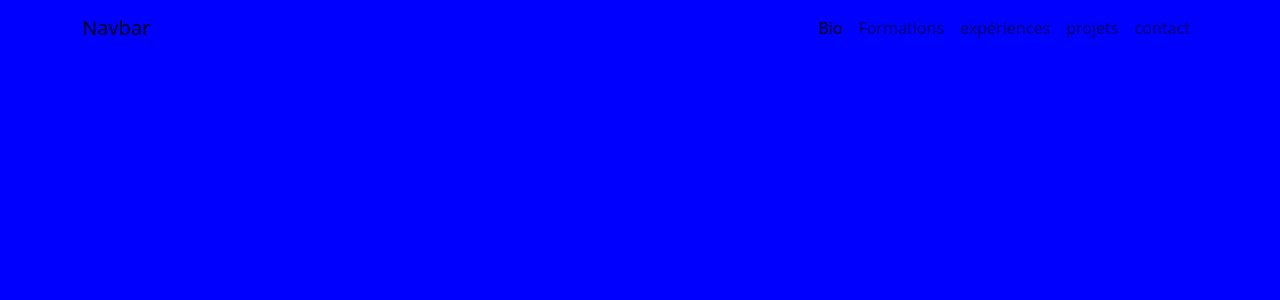
Repository: ypiard85/port-folio-bootstrap-yoann-2021
Page: index.html
These files come from the project's save history. The page is drawn as it stood at one moment and after the next save; the edit follows.
The browser window is 1280 px wide. The pictures show the whole page.

Above is the page before, as saved 2021-03-09 12:09:24.

### index.html
<!DOCTYPE html>
<html lang="en">
<head>
    <meta charset="UTF-8">
    <meta http-equiv="X-UA-Compatible" content="IE=edge">
    <meta name="viewport" content="width=device-width, initial-scale=1.0">
    <!-- CSS only -->
    <link rel="stylesheet" href="./resource/style.css">
<link href="https://cdn.jsdelivr.net/npm/bootstrap@5.0.0-beta2/dist/css/bootstrap.min.css" rel="stylesheet" integrity="sha384-BmbxuPwQa2lc/FVzBcNJ7UAyJxM6wuqIj61tLrc4wSX0szH/Ev+nYRRuWlolflfl" crossorigin="anonymous">
    <title>Document</title>
</head>
<body>

        <nav class="navbar position-fixed w-100 navbar-expand-lg navbar-light">
            <div class="container">
              <a class="navbar-brand" href="#">Navbar</a>
              <button class="navbar-toggler" type="button" data-bs-toggle="collapse" data-bs-target="#navbarNav" aria-controls="navbarNav" aria-expanded="false" aria-label="Toggle navigation">
                <span class="navbar-toggler-icon"></span>
              </button>
              <div class="collapse navbar-collapse" id="navbarNav">
                <ul class="navbar-nav">
                  <li class="nav-item">
                    <a class="nav-link active" aria-current="page" href="#bio">Bio</a>
                  </li>
                  <li class="nav-item">
                    <a class="nav-link" href="#formation">Formations</a>
                  </li>
                  <li class="nav-item">
                    <a class="nav-link" href="#experience">expériences</a>
                  </li>
                  <li class="nav-item">
                    <a class="nav-link" href="#projet">projets</a>
                  </li>
                  <li class="nav-item">
                    <a class="nav-link" href="#contact">contact</a>
                  </li>
                </ul>
              </div>
            </div>
          </nav>

          <header class="container-fluid">

          </header>

<!-- JavaScript Bundle with Popper -->
<script src="https://cdn.jsdelivr.net/npm/bootstrap@5.0.0-beta2/dist/js/bootstrap.bundle.min.js" integrity="sha384-b5kHyXgcpbZJO/tY9Ul7kGkf1S0CWuKcCD38l8YkeH8z8QjE0GmW1gYU5S9FOnJ0" crossorigin="anonymous"></script>
</body>
</html>

### resource/style.css
.navbar-collapse{
    flex-grow: 0!important;
}

header{
    height: 100vh;
    background: blue;
}

After the next save:
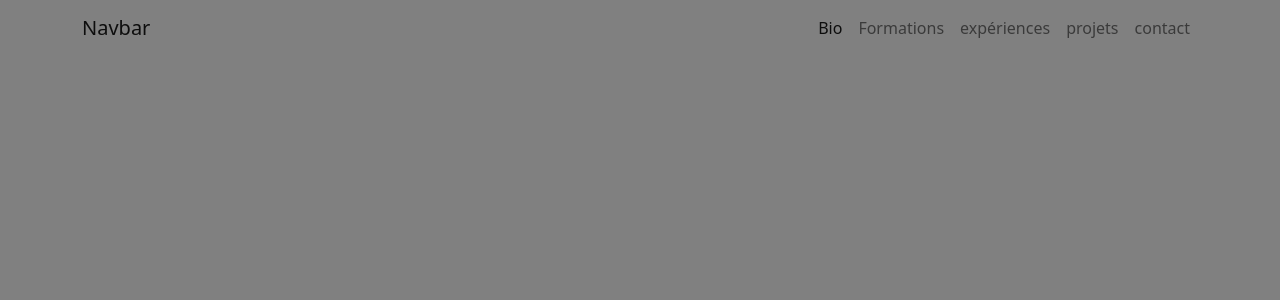
Saved 5 s later.
--- a/resource/style.css
+++ b/resource/style.css
@@ -4,5 +4,5 @@
 
 header{
     height: 100vh;
-    background: blue;
+    background: gray;
 }
